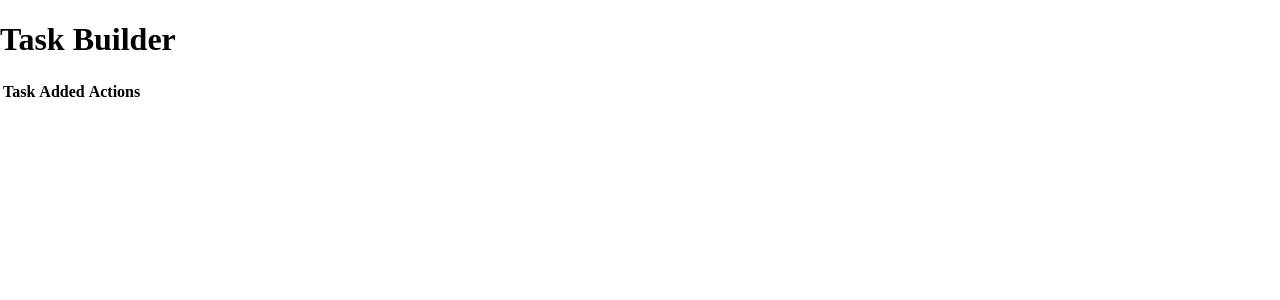
Repository: inno03/flask-test
Page: http://localhost/
These files come from the project's save history. The page is drawn as it stood at one moment and after a run of saves; the edit follows.
The browser window is 1280 px wide. The pictures show the whole page.
The page is served by the project's application, run on Flask 3 (app.py).

Above is the page before, as saved 2023-08-11 06:16:31.

After the next 3 saves:
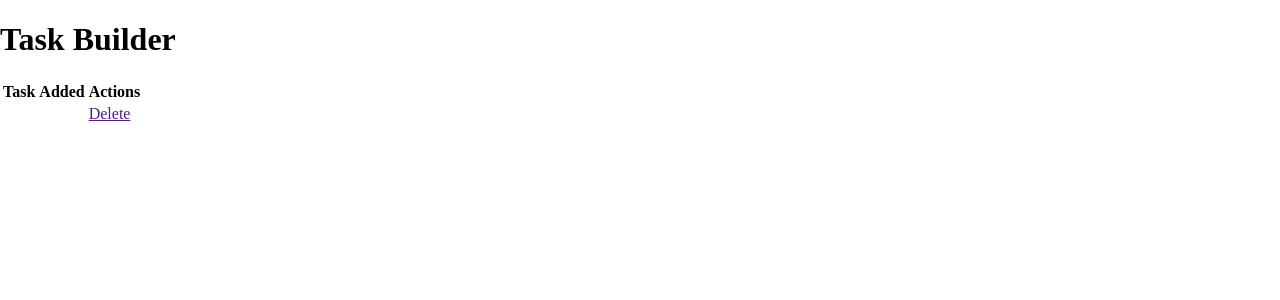
The 3 saves are shown as one change because they came seconds apart.
The last was saved 21 s later.
--- a/templates/index.html
+++ b/templates/index.html
@@ -18,7 +18,7 @@
         <td></td>
         <td></td>
         <td>
-          <a href="">
+          <a href="">Delete</a>
         </td>
       </tr>
       </table>
